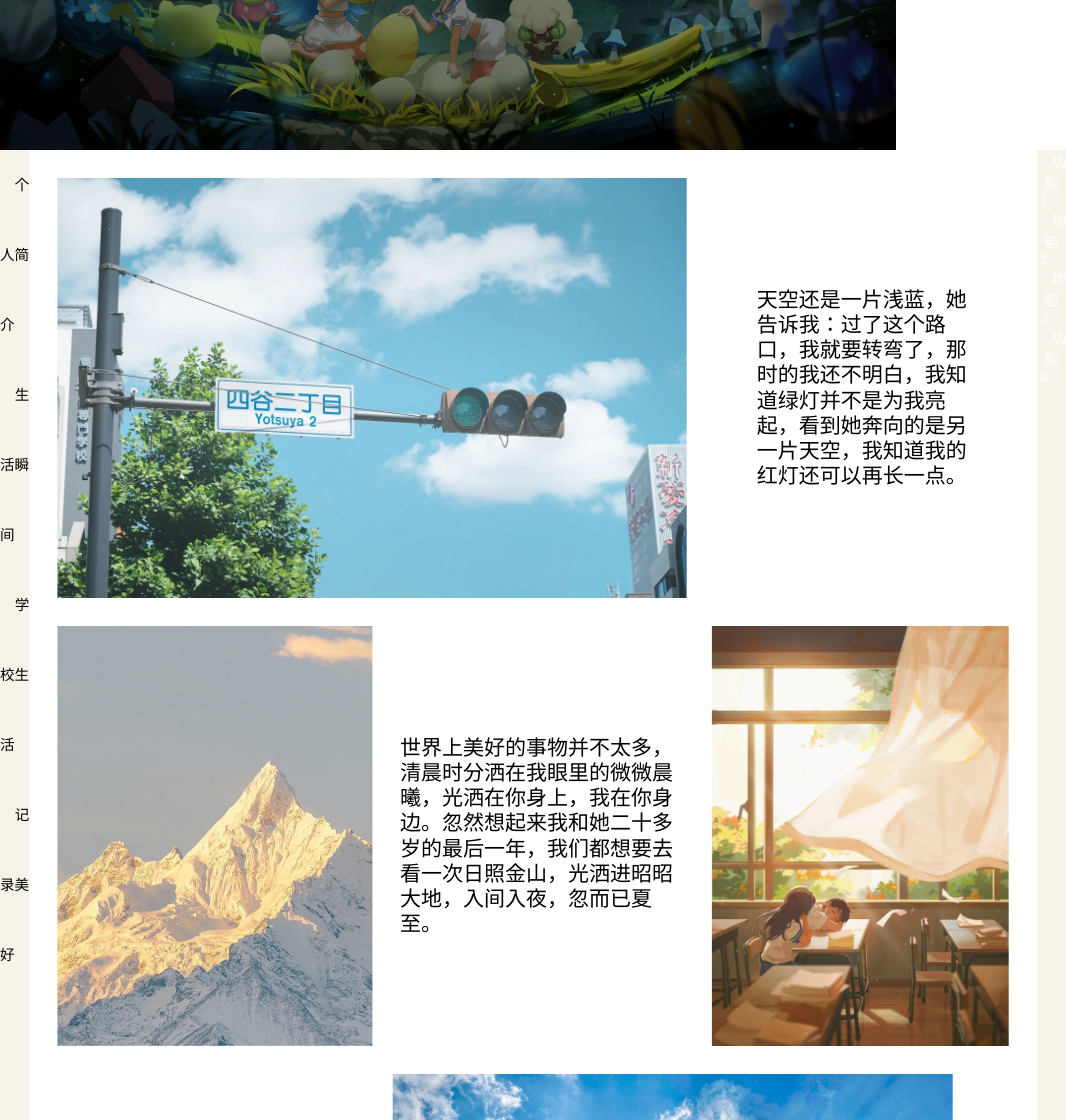
Repository: LuoMingxiang/personal-web
Page: 个人网页.html
The author's editor kept a copy of each file at every save. The page is drawn from the files as they stood at one save, then again after the next save.
The browser window is 1280 px wide. The page is 1523 px wide, so the pictures cover 1523 px, including what lies to the right of the window. The pictures show the part of the page from y = 506 to 2106 px (the page is 5416 px tall), at 70% of full size.

Above is the page before, as saved 2022-11-01 19:52:56.
Console error: ReferenceError: $ is not defined

After the next save:
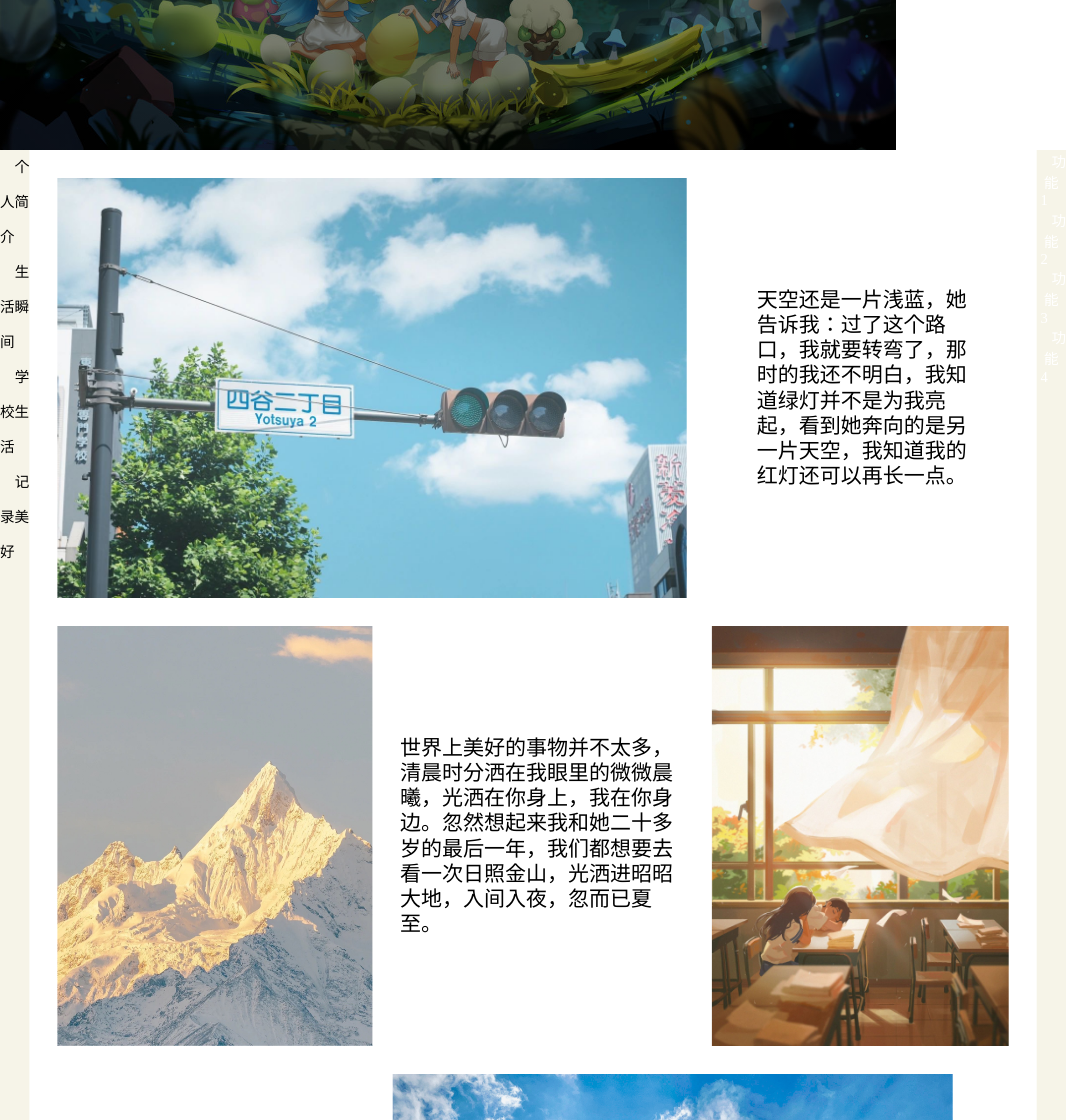
Saved 16 s later.
--- a/个人网页.html
+++ b/个人网页.html
@@ -65,7 +65,7 @@
         <div class="container">
             <div class="left-group">
                 <!-- 左边区域 -->
-                <ul style="line-height: 100px;">
+                <ul style="line-height: 50px;">
                     <li class="personal"><a href="#introduce">个人简介</a></li>
                     <li class="personal"><a href="#live">生活瞬间</a></li>
                     <li class="personal"><a href="#school">学校生活</a></li>
